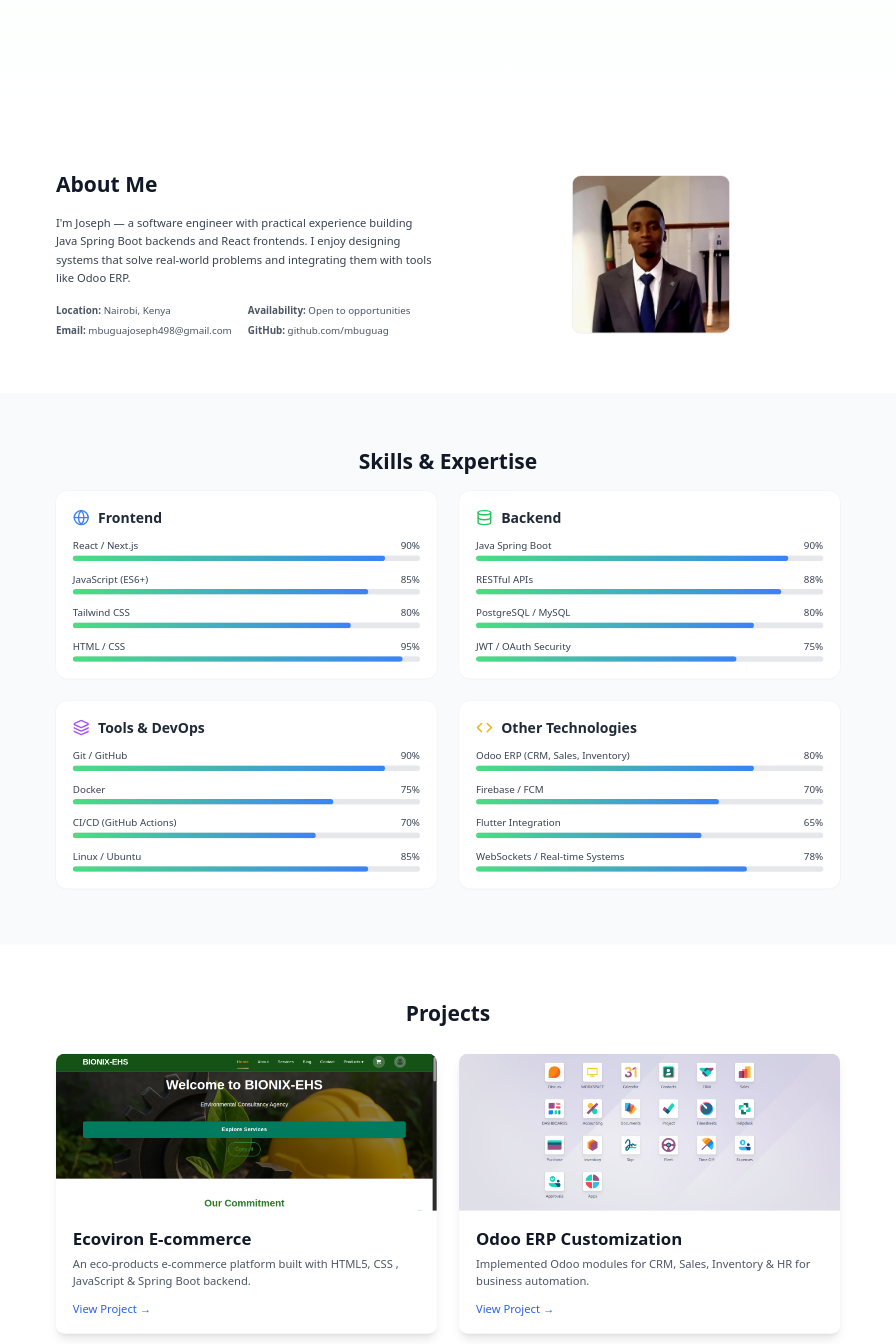
Repository: mbuguag/Portfolio
Page: /
These files come from the project's save history. The page is drawn as it stood at one moment and after the next save; the edit follows.
The browser window is 1280 px wide. The pictures show the part of the page from y = 619 to 2539 px (the page is 3301 px tall before and 3517 px after), at 70% of full size.
The project was rebuilt for these pictures with package versions that can differ from the ones it lists, and the page was loaded fresh each time. Also part of the build but not shown: vite.config.js, src/pages/Resume.jsx.

Above is the page before, as saved 2025-10-24 12:14:28.

After the next save:
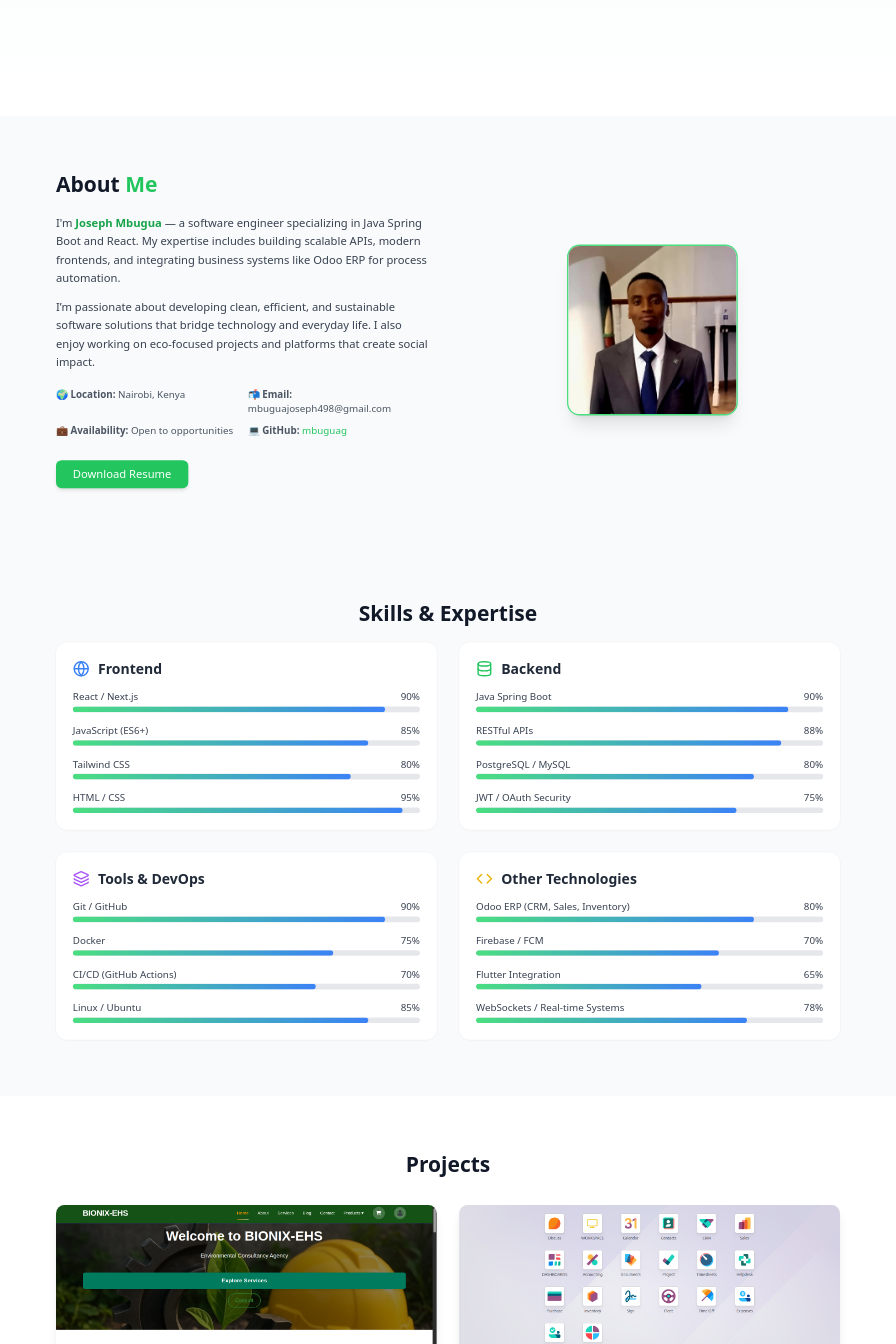
Saved 60 s later.
--- a/src/components/About.jsx
+++ b/src/components/About.jsx
@@ -1,35 +1,66 @@
 import React from "react";
+import { motion } from "framer-motion";
 
 export default function About() {
   return (
-    <section id="about" className="py-20">
-      <div className="container grid md:grid-cols-2 gap-10 items-center">
-        <div>
-          <h2 className="section-title">About Me</h2>
-          <p className="text-gray-700 dark:text-gray-300 leading-relaxed">
-            I'm Joseph — a software engineer with practical experience building
-            Java Spring Boot backends and React frontends.
-            I enjoy designing systems that solve real-world problems and integrating
-            them with tools like Odoo ERP.
+    <section id="about" className="py-20 bg-gray-50 dark:bg-gray-900">
+      <div className="container mx-auto px-6 grid md:grid-cols-2 gap-12 items-center">
+
+        {/* Left text section */}
+        <motion.div
+          initial={{ opacity: 0, x: -40 }}
+          animate={{ opacity: 1, x: 0 }}
+          transition={{ duration: 0.6 }}
+        >
+          <h2 className="text-3xl font-bold mb-6 text-gray-900 dark:text-white">
+            About <span className="text-green-500">Me</span>
+          </h2>
+          <p className="text-gray-700 dark:text-gray-300 leading-relaxed mb-4">
+            I'm <span className="font-semibold text-green-600 dark:text-green-400">Joseph Mbugua</span> —
+            a software engineer specializing in Java Spring Boot and React.
+            My expertise includes building scalable APIs, modern frontends, and integrating
+            business systems like Odoo ERP for process automation.
           </p>
 
-          <ul className="mt-6 grid grid-cols-2 gap-2 text-sm text-gray-600 dark:text-gray-400">
-            <li><strong>Location:</strong> Nairobi, Kenya</li>
-            <li><strong>Availability:</strong> Open to opportunities</li>
-            <li><strong>Email:</strong> mbuguajoseph498@gmail.com</li>
-            <li><strong>GitHub:</strong> github.com/mbuguag</li>
+          <p className="text-gray-700 dark:text-gray-300 leading-relaxed">
+            I’m passionate about developing clean, efficient, and sustainable software solutions
+            that bridge technology and everyday life. I also enjoy working on
+            eco-focused projects and platforms that create social impact.
+          </p>
+
+          <ul className="mt-6 grid grid-cols-2 gap-3 text-sm text-gray-600 dark:text-gray-400">
+            <li><strong>🌍 Location:</strong> Nairobi, Kenya</li>
+            <li><strong>📬 Email:</strong> mbuguajoseph498@gmail.com</li>
+            <li><strong>💼 Availability:</strong> Open to opportunities</li>
+            <li><strong>💻 GitHub:</strong> <a href="https://github.com/mbuguag" className="text-green-500 hover:underline">mbuguag</a></li>
           </ul>
-        </div>
 
-        <div className="flex justify-center">
-          <div className="w-56 h-56 rounded-xl overflow-hidden ring-1 ring-gray-200 dark:ring-gray-700">
+          <div className="mt-8">
+            <a
+              href="/resume.pdf"
+              download
+              className="inline-block bg-green-500 hover:bg-green-600 text-white px-6 py-2 rounded-lg shadow-md transition-transform hover:scale-105"
+            >
+              Download Resume
+            </a>
+          </div>
+        </motion.div>
+
+        {/* Right image section */}
+        <motion.div
+          initial={{ opacity: 0, x: 40 }}
+          animate={{ opacity: 1, x: 0 }}
+          transition={{ duration: 0.6 }}
+          className="flex justify-center"
+        >
+          <div className="w-60 h-60 rounded-2xl overflow-hidden ring-2 ring-green-400 shadow-xl">
             <img
               src="/Profile.jpg"
               alt="Joseph Mbugua"
               className="w-full h-full object-cover"
             />
           </div>
-        </div>
+        </motion.div>
       </div>
     </section>
   );
